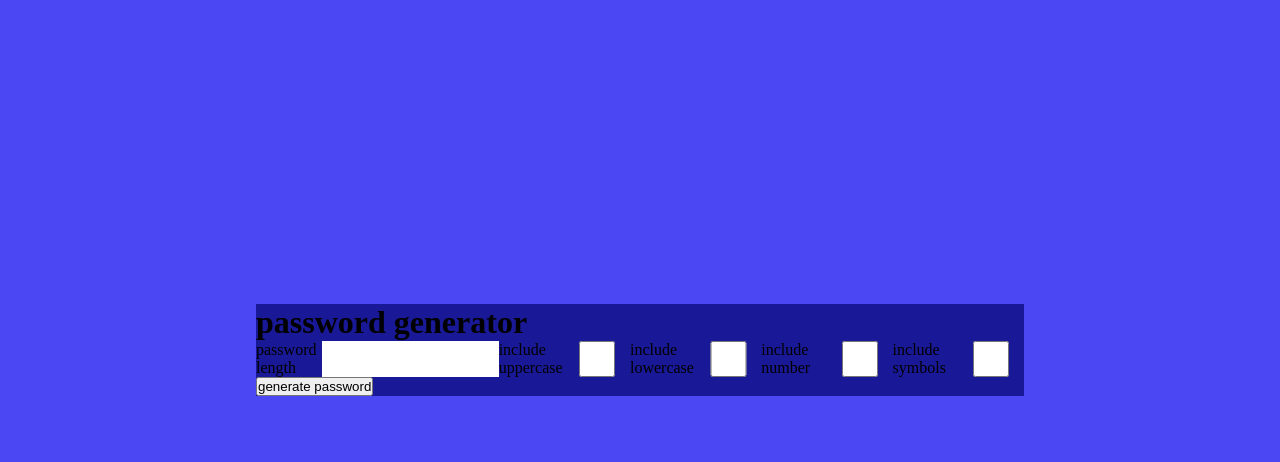
Repository: Eugene44-hub/password-generator
Page: index.html
The author's editor kept a copy of each file at every save. The page is drawn from the files as they stood at one save, then again after the next save.
The browser window is 1280 px wide. The pictures show the whole page.

Above is the page before, as saved 2021-09-23 10:29:27.

After the next save:
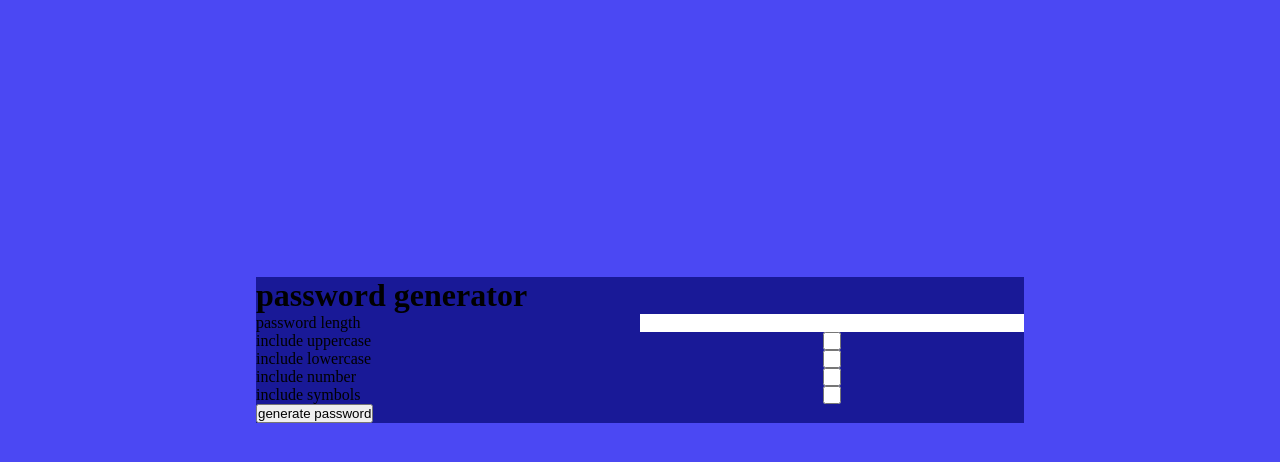
Saved 8 s later.
--- a/style.css
+++ b/style.css
@@ -28,5 +28,5 @@ input {
 
 input,
 p {
-    flex: 1;
+    flex: 50%;
 }
